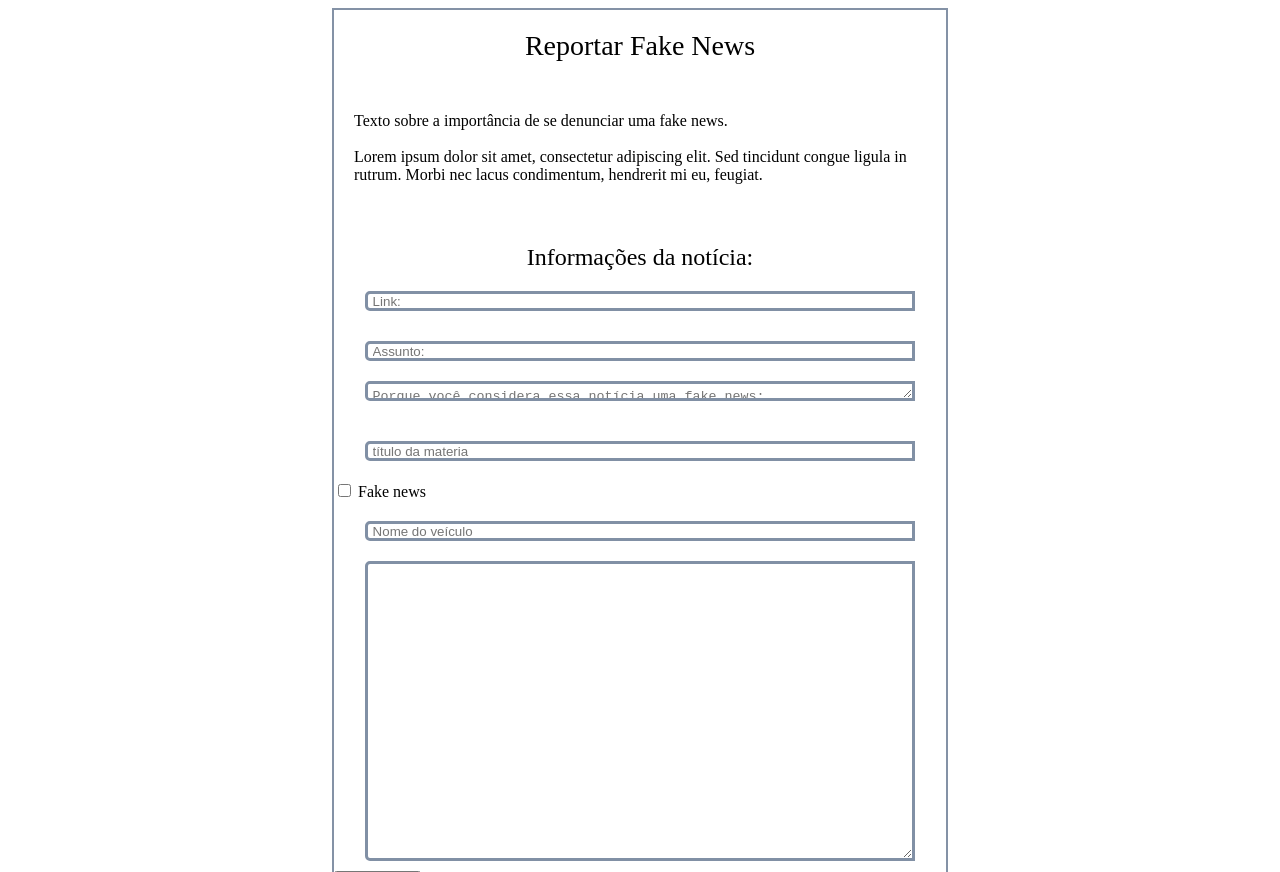
Repository: ICEI-PUC-Minas-PPLES-TI/plf-es-2021-1-ti1-7946100-04-fake-news-2
Page: Codigo/src/reportar/reportar_fn.html
The author's editor kept a copy of each file at every save. The page is drawn from the files as they stood at one save, then again after the next save.
The browser window is 1280 px wide. The pictures show the part of the page from y = 0 to 872 px (the page is 1323 px tall before and 720 px after).
A picture or video elsewhere on the page could not be fetched, so the positions and the page height are approximate. Some web libraries are served in a nearby version.

Above is the page before, as saved 2021-07-03 16:13:16.

After the next save:
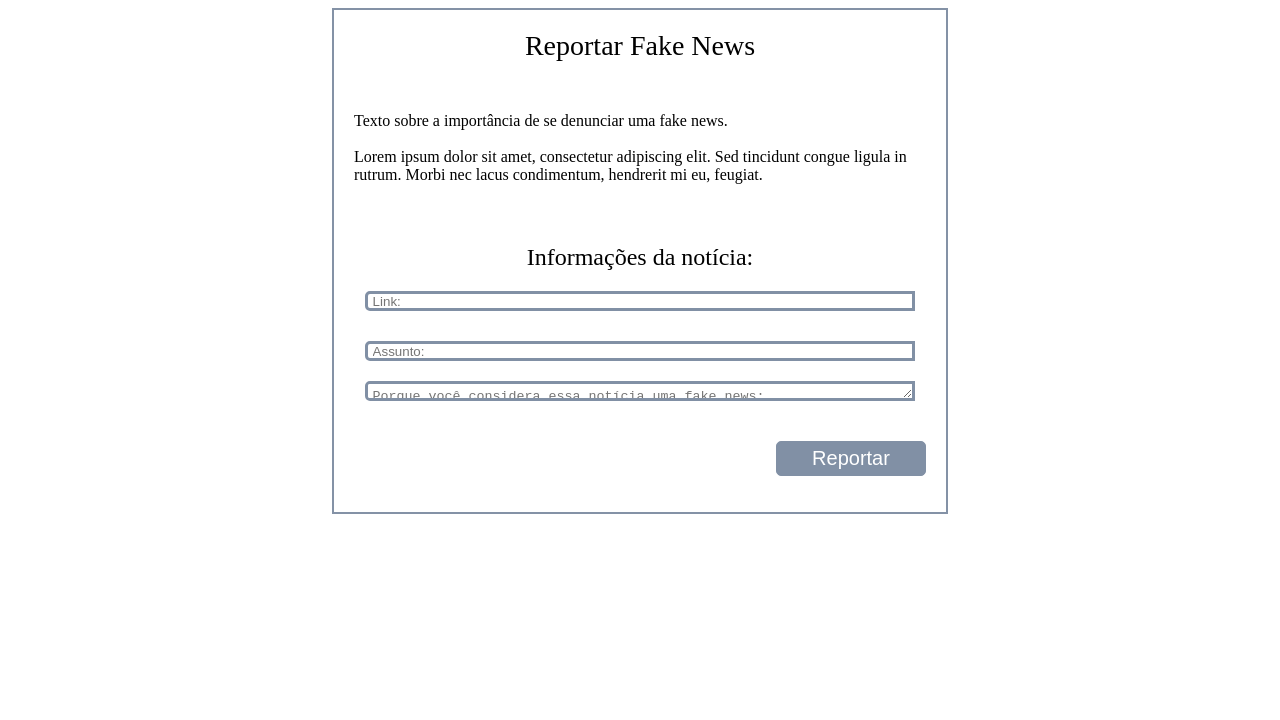
Saved 2 min 36 s later.
--- a/Codigo/src/reportar/reportar_fn.html
+++ b/Codigo/src/reportar/reportar_fn.html
@@ -5,7 +5,10 @@
         <script src="backend.js"></script>
     </head>
 
-    <body class="register_body"  onload="javascript:check_logged()">
+    <body class="register_body"  >
+        <script type="text/javascript">
+            onload="javascript:check_logged()"
+         </script>
         <div class="register_body container col-6" onload="javascript:check_logged()">
             <div style="margin: 0 20px">
 

After the 2 saves that followed:
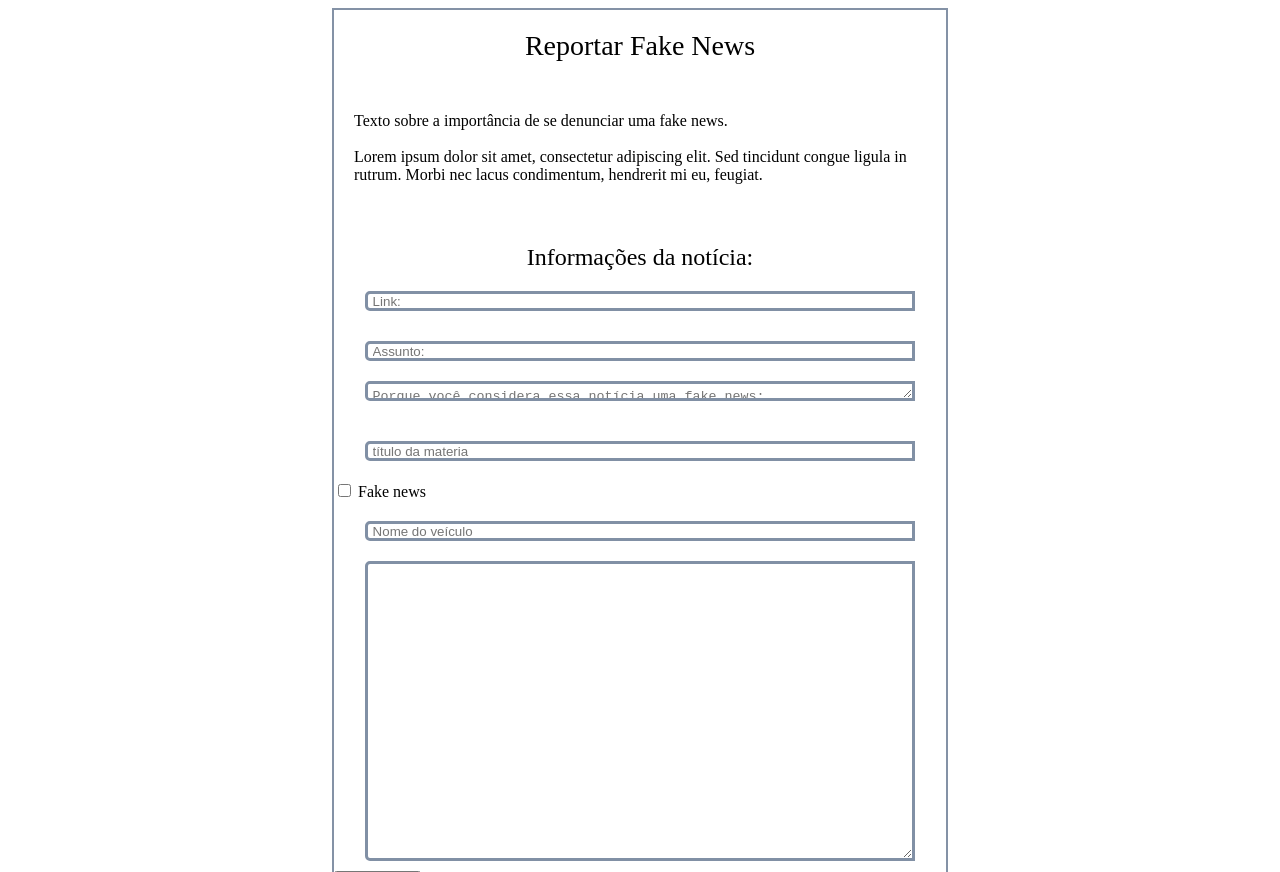
The 2 saves are shown as one change because 1 left the picture as it was.
The last was saved 111 s later.
--- a/Codigo/src/reportar/reportar_fn.html
+++ b/Codigo/src/reportar/reportar_fn.html
@@ -5,11 +5,8 @@
         <script src="backend.js"></script>
     </head>
 
-    <body class="register_body"  >
-        <script type="text/javascript">
-            onload="javascript:check_logged()"
-         </script>
-        <div class="register_body container col-6" onload="javascript:check_logged()">
+    <body class="register_body"  onload="javascript:check_logged()">
+        <div class="register_body container col-6">
             <div style="margin: 0 20px">
 
                 <div class="title_report">
